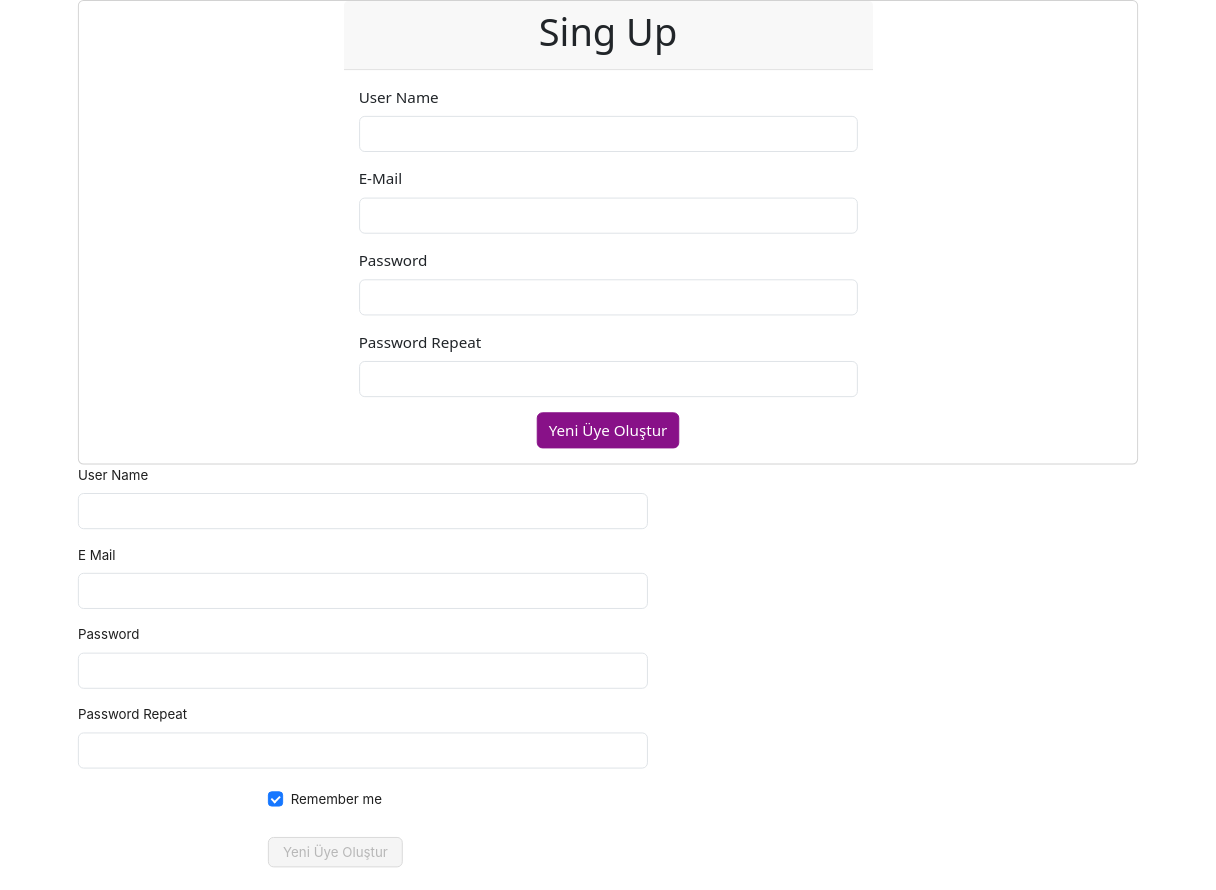
Repository: gursoyfahrettin20/startupProjectWeb
Page: /
An editor plug-in stored every save of this project. The page is shown before and after the next save, followed by the edit.
The browser window is 1280 px wide. The pictures show the whole page, at 95% of full size.
The project was rebuilt for these pictures with package versions that can differ from the ones it lists, and the page was loaded fresh each time. Also part of the build but not shown: vite.config.js.

Above is the page before, as saved 2024-01-17 00:32:34.

### index.html
<!doctype html>
<html lang="en">
  <head>
    <meta charset="UTF-8" />
    <link rel="icon" type="image/svg+xml" href="/vite.svg" />
    <meta name="viewport" content="width=device-width, initial-scale=1.0" />
    <title>Başlangıç Projesi</title>
  </head>
  <body>
    <div id="root"></div>
    <script type="module" src="/src/index.jsx"></script>
  </body>
</html>

### src/index.jsx
import * as React from 'react';
import { StrictMode } from 'react';
import { createRoot } from 'react-dom/client';
import SignUp from "./pages/SignUp"
import './index.scss'

const rootElement = document.getElementById('root');
const root = createRoot(rootElement);

root.render(
  <StrictMode>
    <SignUp/>
  </StrictMode>,
)

### src/pages/SignUp/index.jsx
import React, { useState, useEffect } from 'react';
import _ from 'lodash';
import { Button, Checkbox, Form, Spin, notification } from 'antd';
import { LoadingOutlined } from '@ant-design/icons';
import { singUp } from "../../api/apiCalls.js";
import { FormItem } from "../../components/formItem/formItem.jsx";

function index() {
    const [form] = Form.useForm();
    const [username, setUsername] = useState();
    const [email, setEmail] = useState();
    const [password, setPassword] = useState();
    const [passwordRepeat, setPasswordRepeat] = useState();
    const [succesMessage, setSuccesMessage] = useState();
    const [submittable, setSubmittable] = useState(false);
    const [apiProgress, setApiProgress] = useState(false);
    const [errors, setErrors] = useState({});
    const [generalErrors, setGeneralErrors] = useState({});
    const [api, contextHolder] = notification.useNotification();

    useEffect(()=>{
        setErrors({})
    },[username])

    const onSubmit = async (event) => {
        event.preventDefault();
        setSuccesMessage();
        setGeneralErrors();
        setApiProgress(true);
        const data = {
            username: username,
            email: email,
            password: password
        };
        try {
            const response = await singUp(data);
            setSuccesMessage(response.data?.message)
            setUsername();
            setPassword();
            setPasswordRepeat();
            setEmail();
        } catch (responseError) {
            if (responseError.response?.data && responseError.response?.data.status === 400) {
                setErrors(responseError.response?.data.validationErrors)
            }
            else {
            }
        } finally {
            setApiProgress(false);
        }
    }

    const values = Form.useWatch([], form);
    // TODO: Sign Up butonu disabled durumlarına bakıyor.
    useEffect(() => {
        let _submittable = false;
        if (_.isUndefined(password) || _.isNull(password) || _.isEmpty(password)) {
            _submittable = false;
        } else if (password === passwordRepeat) {
            _submittable = true;
        }
        setSubmittable(_submittable);
    }, [values]);


    return (
        <div className='container'>
            <form className='card' onSubmit={onSubmit}>
                <div className='col-lg-6 offset-lg-3 col-sm-8 offset-sm-2'>
                    <div className='text-center card-header'>
                        <h1>Sing Up</h1>
                    </div>
                    <div className='card-body'>
                        <div className='mb-3'>
                            <label className='form-label' htmlFor='username'> User Name </label>
                            <input id="username" className='form-control' type="text" />
                        </div>
                        <div className='mb-3'>
                            <label className='form-label' htmlFor='email'> E-Mail </label>
                            <input id="email" className='form-control' type="text" />
                        </div>
                        <div className='mb-3'>
                            <label className='form-label' htmlFor='password'> Password </label>
                            <input id="password" className='form-control' type="password" />
                        </div>
                        <div className='mb-3'>
                            <label className='form-label' htmlFor='passwordRepeat'> Password Repeat </label>
                            <input id="passwordRepeat" className='form-control' type="password" />
                        </div>
                        <div className='text-center'>
                            <button className='btn btn-primary'>{apiProgress ? "Yeni Üye Oluşturuluyor..." : "Yeni Üye Oluştur"}</button>
                        </div>
                    </div>
                </div>
            </form >

            <Form
                name="signUp"
                form={form}
                labelCol={{ span: 8, }}
                wrapperCol={{ span: 16 }}
                style={{ maxWidth: 600, }}
                initialValues={{ remember: true, }}
                onFinish={onSubmit}
                autoComplete="off">
                <FormItem
                    id="username"
                    name="username"
                    label="User Name"
                    autoComplete='false'
                    isPassword={false}
                    db_message={!_.isEmpty(errors) ? errors.username : ""}
                    message={'Please input your username!'}
                    onChange={(e) => setUsername(e.target.value)}
                />
                <FormItem
                    id="email"
                    name="email"
                    label="E Mail"
                    autoComplete='false'
                    isPassword={false}
                    db_message={!_.isEmpty(errors) ? errors.email : ""}
                    message={'Please input your email!'}
                    onChange={(e) => setEmail(e.target.value)}
                />
                <FormItem
                    id="password"
                    name="password"
                    label="Password"
                    isPassword={true}
                    autoComplete='false'
                    db_message={!_.isEmpty(errors) ? errors.password : ""}
                    message={'Please input your username!'}
                    onChange={(e) => setPassword(e.target.value)}
                />
                <FormItem
                    id="passwordRepeat"
                    name="passwordRepeat"
                    label="Password Repeat"
                    isPassword={true}
                    autoComplete='false'
                    message='Please input your password Repeat!'
                    onChange={(e) => setPasswordRepeat(e.target.value)}
                />
                <Form.Item
                    name="remember"
                    valuePropName="checked"
                    wrapperCol={{ offset: 8, span: 16, }}
                >
                    <Checkbox>Remember me</Checkbox>
                </Form.Item>

                <Form.Item wrapperCol={{ offset: 8, span: 16, }}>
                    <Button type="primary" htmlType="submit" disabled={apiProgress ? apiProgress : !submittable}>
                        <Spin style={{ display: apiProgress ? "inline" : "none" }}
                            indicator={<LoadingOutlined style={{ fontSize: 24, marginRight: 15 }} spin />} />
                        {apiProgress ? "Yeni Üye Oluşturuluyor..." : "Yeni Üye Oluştur"}
                    </Button>
                </Form.Item>
                {/* todo: notification çıkartmak konulmuştur */}
                {contextHolder}
            </Form>
        </div >
    );
}
export default index;

### src/index.scss
$primary: #818;

@import "../node_modules/bootstrap/scss/bootstrap.scss";

### src/api/apiCalls.js
import axios from "axios";

export const changeLanguage = lang => {
    axios.defaults.headers['accept-language'] = lang;
}

export const getBaseUrl = () => {
     return import.meta.env.VITE_REACT_APP_REST_SERVICE_URL;
}

export const saveUser = body => {
    return axios.post(getBaseUrl() + '/users', body);
}

export const singUp = body => {
    return axios.post(getBaseUrl() + '/users', body);
}

export const login = data => {
    return axios.post(getBaseUrl() + '/auth', {}, {auth: data});
}

export const getUsers = (page, size) => {
    return axios.get(getBaseUrl() + `/users?currentPage=${page ? page : 0}&pageSize=${size ? size : 3}`);
}

export const setAuthorizationHeader = ({username, password, isLoggedIn}) => {
    if (isLoggedIn) {
        let authorizationHeaderValue = `Basic ${btoa(username + ':' + password)}`
        axios.defaults.headers['Authorization'] = authorizationHeaderValue;
    } else {
        delete axios.defaults.headers['Authorization'];
    }
}

export const getUser = (userName) => {
    return axios.get(getBaseUrl() + `/users/${userName}`);
}

export const updateUser = (userName, body) => {
    return axios.put(getBaseUrl() + `/users/${userName}`, body);
}

export const postHoax = hoax => {
    return axios.post(getBaseUrl() + "/hoaxes", hoax);
}

export const getHoaxes = (userName, page = 0) => {
    const path = userName ? `/users/${userName}/hoaxes?currentPage=` : "/hoaxes?currentPage="
    return axios.get(getBaseUrl() + path + page);
}

export const getOldHoaxes = (id, userName) => {
    const path = userName ? `/users/${userName}/hoaxes/${id}` : `/hoaxes/${id}`;
    return axios.get(getBaseUrl() + path);
}

### src/components/formItem/formItem.jsx
import React, { useEffect, useState } from 'react';
import { Form, Input } from 'antd';

export function FormItem({ name, label, autoComplete, onChange, errors, type }) {
    const [msg, setNsg] = useState()

    return (
        <div className='mb-3'>
            <label className='form-label' htmlFor={name}> {label} </label>
            <input id={name} autoComplete={autoComplete ? autoComplete : false} className={errors ? 'form-control is-invalid' : 'form-control'} type={type ? type : "text"} onChange={onChange} />
        </div>
    );
}

export default FormItem;

After the next save:
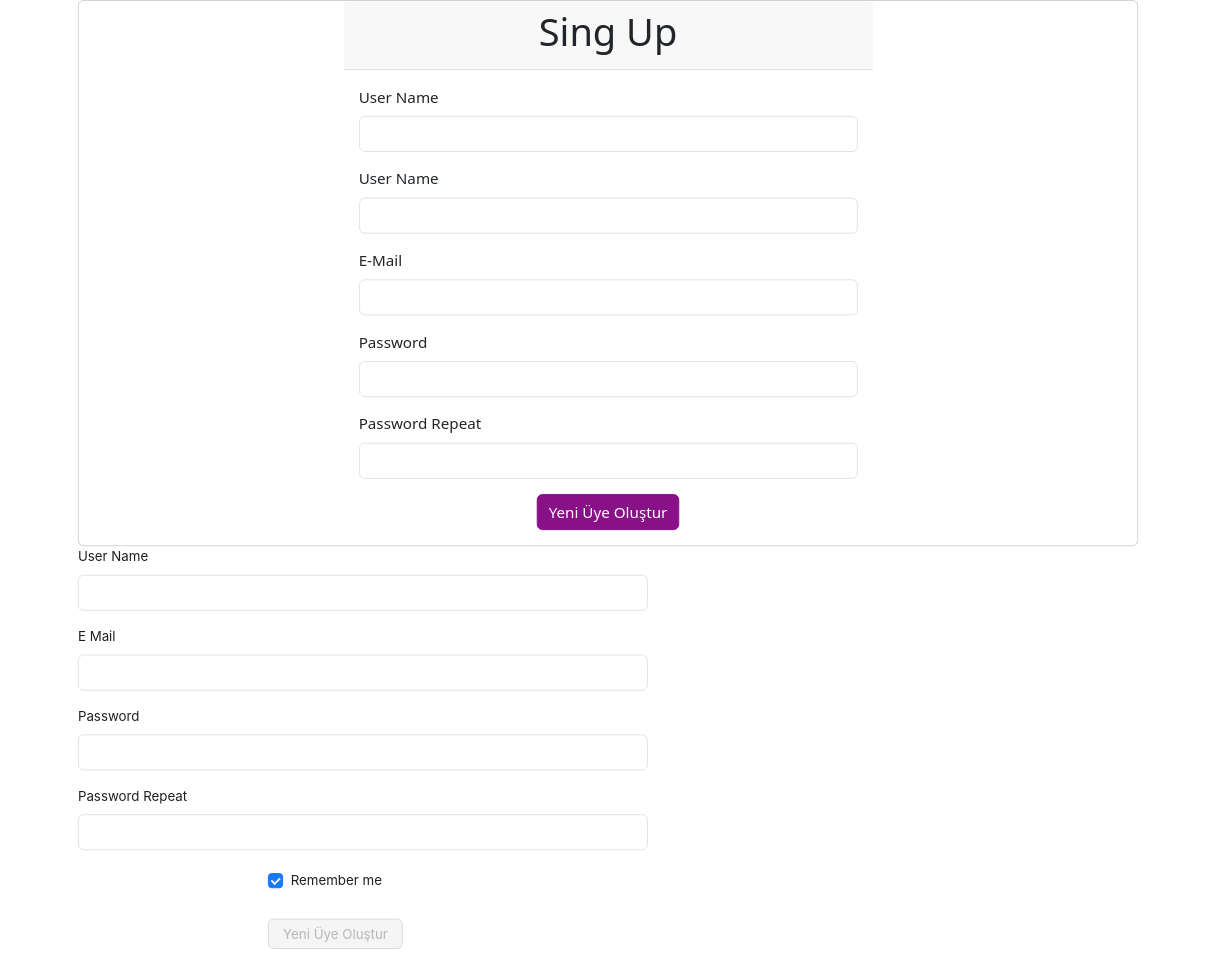
Saved 67 s later.
--- a/src/pages/SignUp/index.jsx
+++ b/src/pages/SignUp/index.jsx
@@ -18,9 +18,9 @@ function index() {
     const [generalErrors, setGeneralErrors] = useState({});
     const [api, contextHolder] = notification.useNotification();
 
-    useEffect(()=>{
+    useEffect(() => {
         setErrors({})
-    },[username])
+    }, [username])
 
     const onSubmit = async (event) => {
         event.preventDefault();
@@ -44,6 +44,7 @@ function index() {
                 setErrors(responseError.response?.data.validationErrors)
             }
             else {
+                setGeneralErrors("Tahmin Edilemeyen Hatalarda gösterilecektir. / Unexpected error occured. Pleace try again.");
             }
         } finally {
             setApiProgress(false);
@@ -71,13 +72,19 @@ function index() {
                         <h1>Sing Up</h1>
                     </div>
                     <div className='card-body'>
+                        <FormItem
+                            name="username"
+                            label="User Name"
+                            onChange={(e) => setUsername(e.target.value)}
+                            errors={errors.username}
+                        />
                         <div className='mb-3'>
                             <label className='form-label' htmlFor='username'> User Name </label>
-                            <input id="username" className='form-control' type="text" />
+                            <input id="username" className={errors.username ? 'form-control is-invalid' : 'form-control'} type="text" onChange={(event) => setUsername(event.target.value)} />
                         </div>
                         <div className='mb-3'>
                             <label className='form-label' htmlFor='email'> E-Mail </label>
-                            <input id="email" className='form-control' type="text" />
+                            <input id="email" className='form-control' type="text" onChange={(event) => setEmail(event.target.value)} />
                         </div>
                         <div className='mb-3'>
                             <label className='form-label' htmlFor='password'> Password </label>
